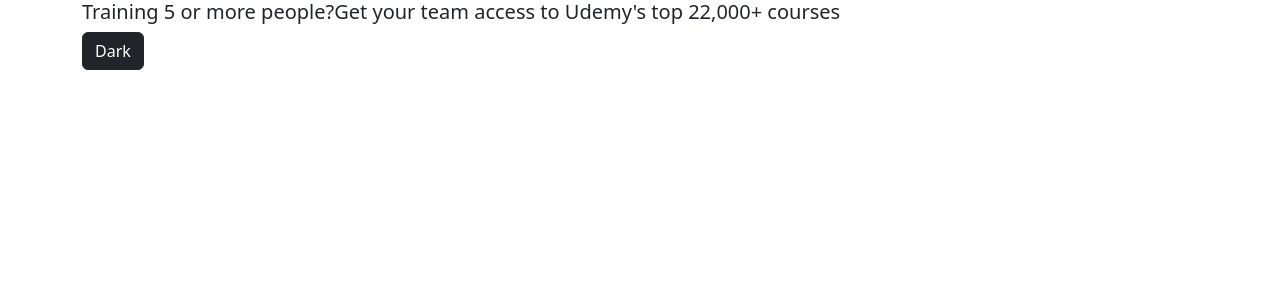
Repository: Taniafdes/newProject
Page: /division/division
These files come from the project's save history. The page is drawn as it stood at one moment and after a run of saves; the edit follows.
The browser window is 1280 px wide. The pictures show the whole page.
The project was rebuilt for these pictures with package versions that can differ from the ones it lists, and the page was loaded fresh each time. The framework's server and built-in components were replaced by stand-ins that run in the browser. Also part of the build but not shown: next.config.js.

Above is the page before, as saved 2023-06-15 15:37:51.

### pages/_app.js
import Head from "next/head";
import Script from "next/script";
import 'bootstrap/dist/css/bootstrap.css'
import 'bootstrap/dist/css/bootstrap.min.css'
function MyApp({ Component, pageProps }) {
  return (
    <>
      <Head>
        <meta name="viewport" content="width=device-width, initial-scale=1" />
      </Head>

      <Script
        src="https://cdn.jsdelivr.net/npm/bootstrap@5.0.0-beta1/dist/js/bootstrap.bundle.min.js"
        integrity="sha384-ygbV9kiqUc6oa4msXn9868pTtWMgiQaeYH7/t7LECLbyPA2x65Kgf80OJFdroafW"
        crossOrigin="anonymous"
      />
      <Component {...pageProps} />
    </>
  );
}
export default MyApp;

### pages/division/division.js
import React from 'react'
import { Container } from 'react-bootstrap';
import Button from 'react-bootstrap/Button';

const division = () => {
  return (
   <div>
    <Container>
        <h5>Training 5 or more people?Get your team access to Udemy's top 22,000+ courses</h5>
        <Button variant="dark">Dark</Button>

    </Container>
   </div>

  )
}

export default division

After the next 2 saves:
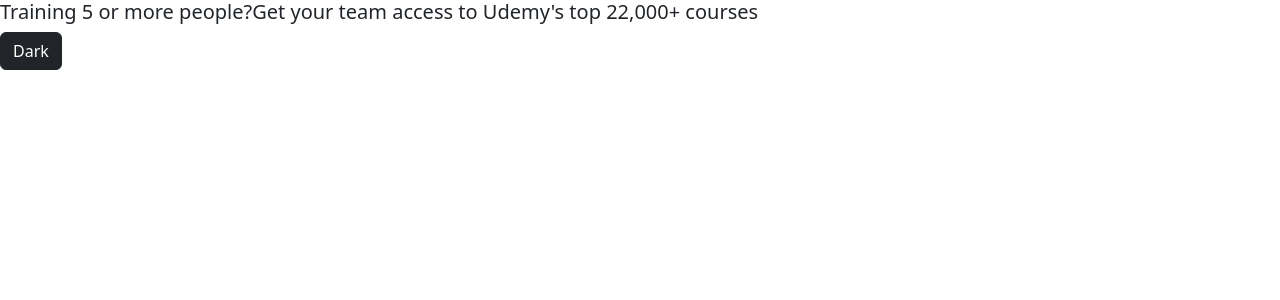
The 2 saves are shown as one change because 1 did not build or start.
The last was saved 2 min 0 s later.
--- a/pages/division/division.js
+++ b/pages/division/division.js
@@ -5,11 +5,8 @@
 const division = () => {
   return (
    <div>
-    <Container>
-        <h5>Training 5 or more people?Get your team access to Udemy's top 22,000+ courses</h5>
+       <h5>Training 5 or more people?Get your team access to Udemy's top 22,000+ courses</h5>
         <Button variant="dark">Dark</Button>
-
-    </Container>
    </div>
 
   )
